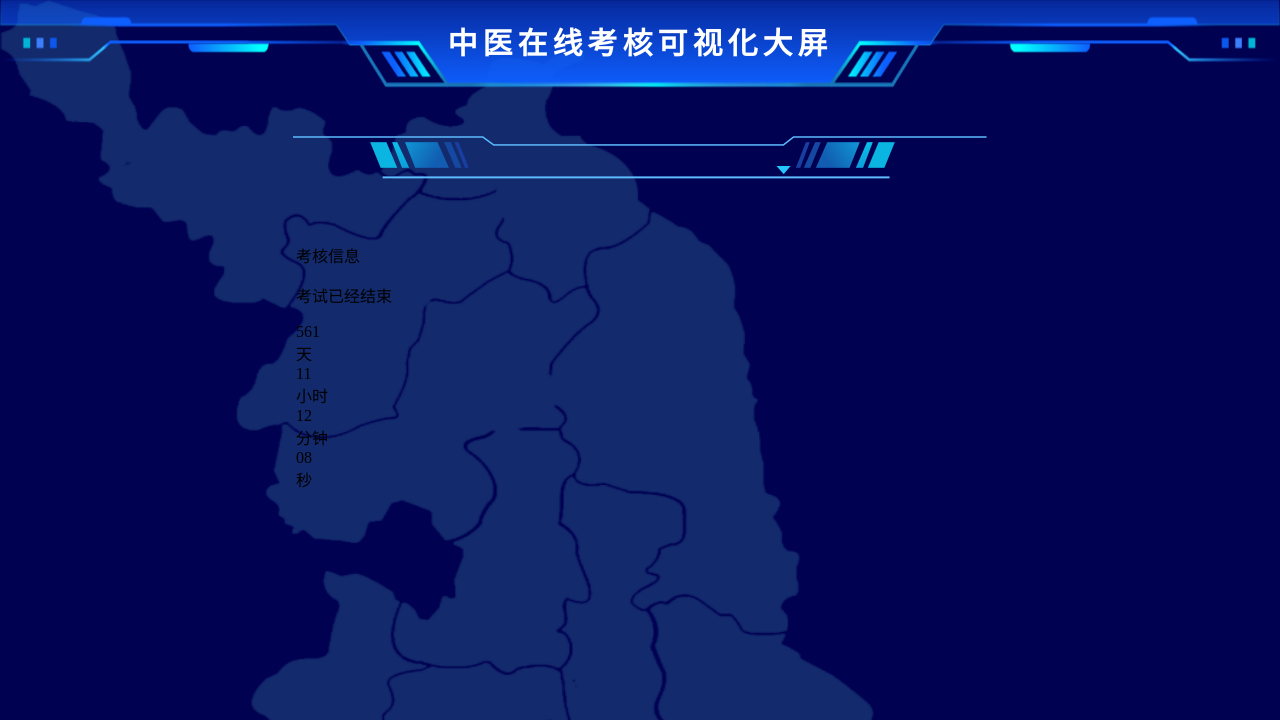
Repository: krislorem/medicine-online-datascreen-vue
Page: /
These files come from the project's save history. The page is drawn as it stood at one moment and after the next save; the edit follows.
The browser window is 1280 px wide. The pictures show the whole page.
The project was rebuilt for these pictures with package versions that can differ from the ones it lists, and the page was loaded fresh each time. Also part of the build but not shown: vite.config.ts.

Above is the page before, as saved 2024-12-04 11:48:43.
Console error (its wording comes from the project's code and is left out).

After the next save:
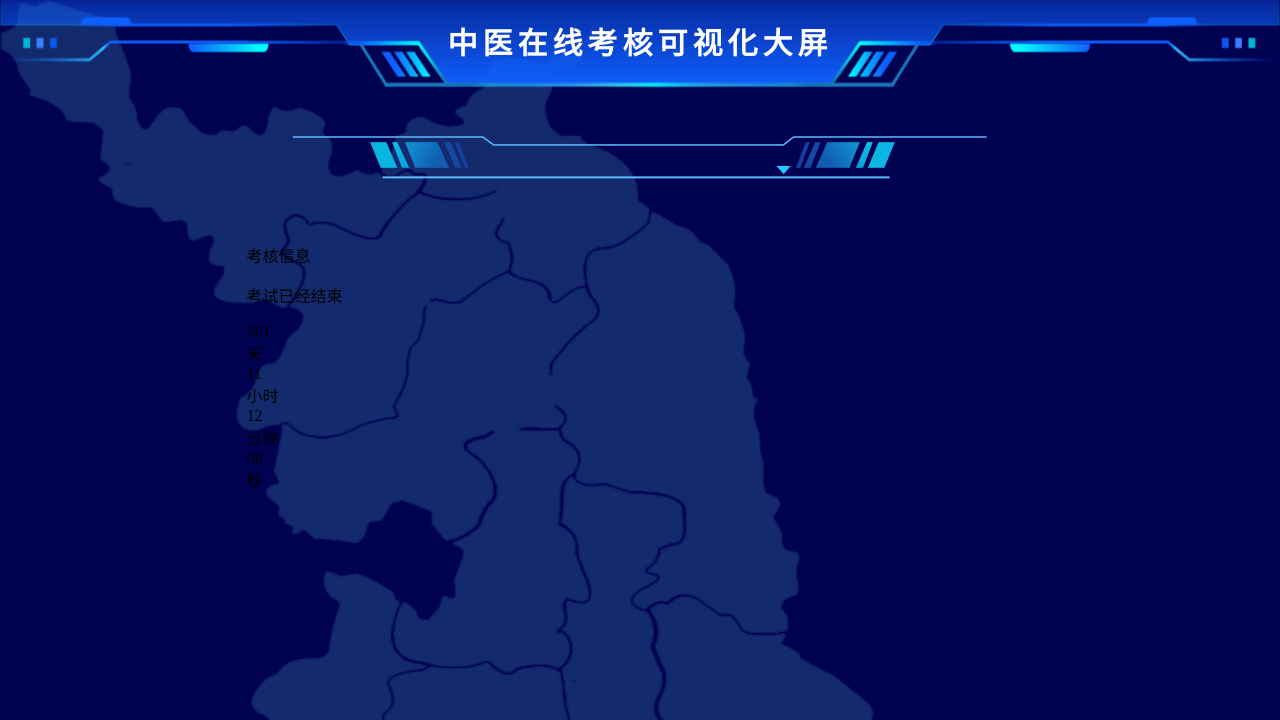
Saved 62 s later.
--- a/src/views/HomeView.vue
+++ b/src/views/HomeView.vue
@@ -111,6 +111,11 @@ body {
   -ms-flex-pack: distribute;
   justify-content: space-around;
 }
+
+#all-info #left {
+  width: 23%;
+  height: 100%;
+}
 </style>
 <script setup lang="ts">
 import * as echarts from 'echarts';
